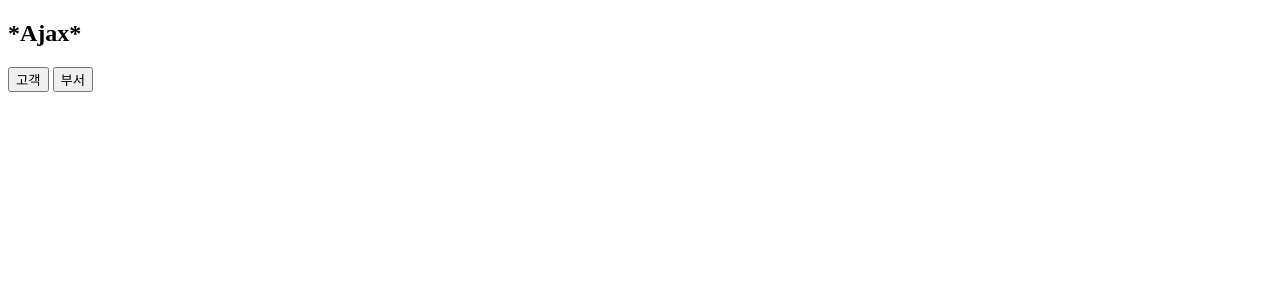
Repository: offbr/Spring
Page: http://localhost/spring_mvc19_json_ex/
An editor plug-in stored every save of this project. The page is shown before and after the next save, followed by the edit.
The browser window is 1280 px wide. The pictures show the whole page.
The page is served by Tomcat 9. Nobody is signed in. The application's start-up code is not run. Other server files are loaded and not shown.

Above is the page before, as saved 2016-10-14 08:34:29.

### spring_mvc19_json_ex/src/main/webapp/index.jsp
<%@ page language="java" contentType="text/html; charset=UTF-8"
    pageEncoding="UTF-8"%>
<!DOCTYPE html>
<html>
<head>
<meta http-equiv="Content-Type" content="text/html; charset=UTF-8">
<title>Insert title here</title>
</head>
<body>
	<h2>*Ajax*</h2>
<span style="color: blue;">${param.log}</span>
<a href="gogek.jsp"><button>고객</button></a>
<a href="buser.jsp"><button>부서</button></a>
</body>
</html>

After the next save:
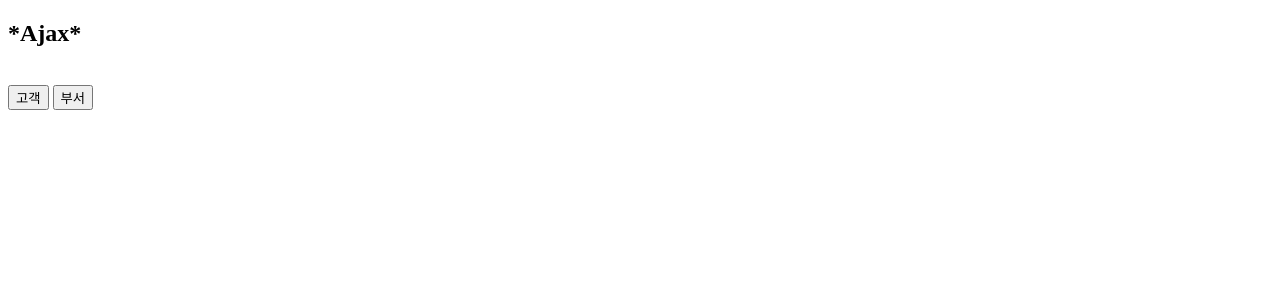
Saved 13 s later.
--- a/spring_mvc19_json_ex/src/main/webapp/index.jsp
+++ b/spring_mvc19_json_ex/src/main/webapp/index.jsp
@@ -8,7 +8,7 @@
 </head>
 <body>
 	<h2>*Ajax*</h2>
-<span style="color: blue;">${param.log}</span>
+<span style="color: blue;">${param.log}</span><br>
 <a href="gogek.jsp"><button>고객</button></a>
 <a href="buser.jsp"><button>부서</button></a>
 </body>
